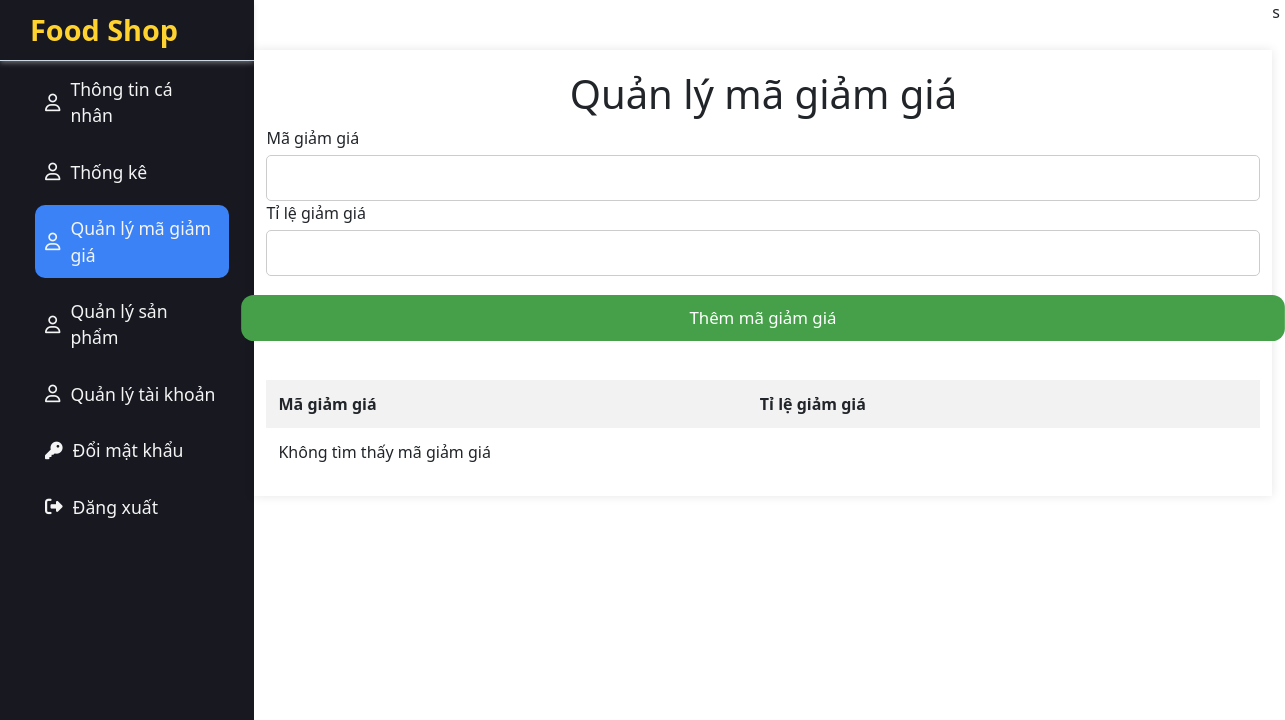
Repository: TuanAnhNguyen723/Restaurant-Projects
Page: http://localhost/discount/discount.php
The author's editor kept a copy of each file at every save. The page is drawn from the files as they stood at one save, then again after the next save.
The browser window is 1280 px wide. The page is 1285 px wide, then 1280 px, so the pictures cover 1285 px, including what lies to the right of the window. The pictures show the whole page.
The pointer rests on the first visible `button`.
The page is run by PHP 8.4 with error messages shown; the project is at /var/www/html/. Queries for data that is not in the repository find no rows.

Above is the page before, as saved 2024-06-18 20:06:19.

### discount/discount.php
<!DOCTYPE html>

<?php
 include 'ConnectDb.php';
 $role = isset($_SESSION['roleAccount']) ? $_SESSION['roleAccount'] : 'guest';
?>

<html lang="en">
  <head>
    <meta charset="UTF-8" />
    <meta name="viewport" content="width=device-width, initial-scale=1.0" />
    <title>Document</title>
    <link rel="stylesheet" href="./discount.css" />
    <link
      href="https://cdn.jsdelivr.net/npm/bootstrap@5.3.3/dist/css/bootstrap.min.css"
      rel="stylesheet"
      integrity="sha384-QWTKZyjpPEjISv5WaRU9OFeRpok6YctnYmDr5pNlyT2bRjXh0JMhjY6hW+ALEwIH"
      crossorigin="anonymous"
    />
    <link
      rel="stylesheet"
      href="https://cdnjs.cloudflare.com/ajax/libs/font-awesome/6.4.2/css/all.min.css"
    />
  </head>
  <body>
    <nav class="dashboard">
      <div class="header">
        <a href="../View/main.php">Food Shop</a>
      </div>

      <div class="menu">
        <a href="../Dashboard/info.php" class="active ">
          <i class="fa-regular fa-user"></i>
          <span>Thông tin cá nhân</span>
        </a>

        <a href="../Thongke/thongke.php" class="active admin-only">
        <i class="fa-regular fa-user"></i>
        <span>Thống kê</span>
      </a>

      <a style="background-color: #3b82f6"  href="../discount/discount.php" class="active admin-only">
          <i class="fa-regular fa-user"></i>
          <span>Quản lý mã giảm giá</span>
        </a>

      <a  href="../quanlysanpham/quanly.php" class="active admin-only">
        <i class="fa-regular fa-user"></i>
        <span>Quản lý sản phẩm</span>
      </a>

      <a href="../quanlytaikhoan/qltk.php" class="active admin-only">
        <i class="fa-regular fa-user"></i>
        <span>Quản lý tài khoản</span>
      </a>

        <a href="../ChangePass/changepass.php" class="active">
          <i class="fa-solid fa-key"></i>
          <span>Đổi mật khẩu</span>
        </a>
        <a href="../index.html" class="active">
          <i class="fa-solid fa-right-from-bracket"></i>
          <span>Đăng xuất</span>
        </a>
      </div>
    </nav>

    <main class="main-dashboard">
    <div class="container">
        <h1>Quản lý mã giảm giá</h1>
        <div class="form-container">
        <form id="couponForm" onsubmit="submitAdd(); return false;">
                <label for="code">Mã giảm giá</label>
                <input type="text" id="Addcode" required>
                <label for="discount">Tỉ lệ giảm giá</label>
                <input type="number" id="Adddiscount" required>
                <button type="submit">Thêm mã giảm giá</button>
        </form>
        </div>
        <div class="table-container">
            <table id="couponTable">
                <thead>
                    <tr>
                        <th>Mã giảm giá</th>
                        <th>Tỉ lệ giảm giá</th>
                    </tr>
                </thead>
                <tbody>
                <?php
                // Kết nối cơ sở dữ liệu không bị đóng trước khi thực hiện truy vấn
                $result = $conn->query("SELECT MaGiam, TiLe FROM discount");

                if ($result->num_rows > 0) {
                    while ($row = $result->fetch_assoc()) {
                        echo "<tr><td>{$row['MaGiam']}</td><td>{$row['TiLe']}%</td></tr>";
                    }
                } else {
                    echo "<tr><td colspan='2'>Không tìm thấy mã giảm giá</td></tr>";
                }
                ?>
                </tbody>
            </table>
        </div>
    </div>

    </main>
  </body>
  <script src="./discount.js">
    // PHP injects the role of the current user
    const userRole = '<?php echo $role; ?>';

    // JavaScript to show/hide elements based on role
    document.addEventListener('DOMContentLoaded', () => {

  if (userRole !== 'admin') {
    console.log(111)
    document.querySelectorAll('.admin-only').forEach(el => el.style.display = 'none');
  }

  if (userRole !== 'user') {
    console.log(111)
    document.querySelectorAll('.user-only').forEach(el => el.style.display = 'none');
  }
});
  </script>
</html>
s

### discount/ConnectDb.php
<?php
session_start();
// Kết nối đến cơ sở dữ liệu
include '../config.php';

if ($_SERVER["REQUEST_METHOD"] == "POST") {
    $Addcode = $_POST['Addcode'];
    $Adddiscount = $_POST['Adddiscount'];

    if (!empty($Addcode) && !empty($Adddiscount)) {
        // Truy vấn để lấy ID lớn nhất hiện tại
        $maxIdResult = $conn->query("SELECT MAX(ID) as maxId FROM discount");
        $maxIdRow = $maxIdResult->fetch_assoc();
        $newId = $maxIdRow['maxId'] + 1;

        // Chèn mã giảm giá mới với ID mới
        $sql = "INSERT INTO discount (ID, MaGiam, TiLe) VALUES ('$newId', '$Addcode', '$Adddiscount')";

        if ($conn->query($sql) === TRUE) {
            echo "Thêm mã giảm giá thành công";
        } else {
            echo "Lỗi khi thêm mã giảm giá: " . $conn->error;
        }
    } else {
        echo "Mã giảm giá và tỉ lệ giảm giá không được để trống.";
    }
}


if ($_SERVER["REQUEST_METHOD"] == "GET" && isset($_GET['id'])) {
    $id = $_GET['id'];
    $sql = "SELECT * FROM discount WHERE ID='$id'";
    $result = $conn->query($sql);

    if ($result->num_rows > 0) {
        $product = $result->fetch_assoc();
        echo json_encode($product);
    } else {
        echo json_encode(['error' => 'Product not found']);
    }
    exit;
}

?>

### config.php
<?php
define('DB_SERVER', 'localhost');
define('DB_USERNAME', 'root');
define('DB_PASSWORD', '');
define('DB_NAME', 'webfooddb');

$conn = mysqli_connect(DB_SERVER, DB_USERNAME, DB_PASSWORD, DB_NAME);



if($conn === false){
    die("ERROR: Could not connect. " . mysqli_connect_error());
}
?>

### discount/discount.css
@import url("https://fonts.googleapis.com/css2?family=Poppins:wght@100;200;300;400;500;600;700;800;900&family=Roboto:ital,wght@0,400;0,700;1,500&family=Rubik:wght@300;400;500;600&display=swap");
:root {
  --primary-color: #fed330;
  --secondary-color: #ff2525;
  --white-color: #ffffff; /* Sửa tên biến thành white-color */
  --light-color: #f4f4f4;
  --grey-color: #979b9d;
  --dark-color: #171820;

  --trans-back-co: background-color 0.3s, color 0.3s;
  --trans-co: color 0.3s;
}
.no-pointer-events {
  pointer-events: none !important;
  color: #979b9d !important;
  cursor: not-allowed !important;
}

html {
  scroll-behavior: smooth;
}

* {
  margin: 0;
  padding: 0;
  text-decoration: none;
}

*,
::before,
::after {
  box-sizing: border-box;
}

body {
  font-family: "Rubik", sans-serif;
  font-size: 16px;
  font-weight: 400;
  line-height: 1.8;
  color: var(--dark-color);
  background-color: var(--white-color);
}

body {
  display: flex;
}

.dashboard {
  width: 20%;
  background-color: var(--dark-color);
  height: 100vh;
}
.main-dashboard {
  width: 80%;
}

.header {
  width: 100%;
  border-bottom: 1px solid #cde1f5;
}

.header a {
  color: var(--primary-color);
  text-decoration: none;
  width: 100%;
  padding: 0 30px;
  display: flex;
  align-items: center;
  height: 60px;
  font-size: 1.8em;
  font-weight: 600;
  box-shadow: 0px 3px 5px 0px rgba(204, 204, 204, 0.4509803922);
}

.menu {
  display: flex;
  flex-direction: column;
  margin-left: 30px;
  width: 80%;
}

.menu a {
  text-decoration: none;
  border-radius: 10px;
  transition: all 0.2s;
  display: flex;
  align-items: center;
  padding: 10px;
  color: #f4f4f4;
  font-size: 1.1em;
  gap: 10px;
  margin: 5px;
}

.menu a:hover {
  transform: translateX(10px);
  transform: translateY(-5px);
  background-color: #3b82f6;
  box-shadow: -4px 4px 0px 0px rgba(4, 142, 255, 0.2);
}

.page {
  background-color: #f4f4f6;
  padding: 30px 5%;
}

.box-dashboard {
  box-sizing: border-box;
  padding: 30px;
  background-color: #f4f4f4;
  box-shadow: 0px 3px 5px 0px rgba(204, 204, 204, 0.4509803922);
  border-radius: 5px;
}

.dashboard-title {
  width: 100%;
  padding: 0 30px;

  display: flex;
  align-items: center;
  height: 60px;
  font-size: 1.8em;
  font-weight: 600;
  box-shadow: 0px 3px 5px 0px rgba(204, 204, 204, 0.4509803922);
  background-color: #fff;
}

.text-red {
  color: #ef4444;
}

.container {
  max-width: 600px;
  margin: 50px auto;
  padding: 20px;
  background-color: #fff;
  box-shadow: 0 0 10px rgba(0, 0, 0, 0.1);
}

h1 {
  text-align: center;
  margin-bottom: 20px;
}

.form-container {
  margin-bottom: 20px;
}

form {
  display: flex;
  flex-direction: column;
}

label {
  margin-bottom: 5px;
}

input {
  margin-bottom: 10px;
  padding: 10px;
  font-size: 16px;
  border: 1px solid #ccc;
  border-radius: 5px;
}

button {
  background-color: #4CAF50;
  color: white;
  border: none;
  padding: 10px 20px;
  text-align: center;
  text-decoration: none;
  display: inline-block;
  font-size: 14px;
  margin: 4px 2px;
  cursor: pointer;
  border-radius: 12px !important;
  transition: background-color 0.3s, transform 0.2s;
  margin-top: 20px !important;
}

button:hover {
  background-color: #45a049; /* Màu nền khi di chuột */
  transform: scale(1.05); /* Hiệu ứng phóng to khi di chuột */
}

.table-container {
  overflow-x: auto;
}

table {
  width: 100%;
  border-collapse: collapse;
  margin-top: 20px;
}

th,
td {
  padding: 12px;
  border: 1px solid #ddd;
  text-align: left;
}

th {
  background-color: #f2f2f2;
}

### discount/discount.js
function submitAdd() {
  var Addcode = document.getElementById("Addcode").value;
  var Adddiscount = document.getElementById("Adddiscount").value;

  var xhr = new XMLHttpRequest();
  xhr.open("POST", "ConnectDb.php", true);
  xhr.setRequestHeader("Content-Type", "application/x-www-form-urlencoded");

  xhr.onreadystatechange = function () {
    if (xhr.readyState === 4 && xhr.status === 200) {
      alert(xhr.responseText);

      location.reload();
      // Có thể thêm logic để cập nhật giao diện sau khi thêm mã giảm giá thành công
    }
  };

  var data =
    "Addcode=" +
    encodeURIComponent(Addcode) +
    "&Adddiscount=" +
    encodeURIComponent(Adddiscount);
  xhr.send(data);
}

After the next save:
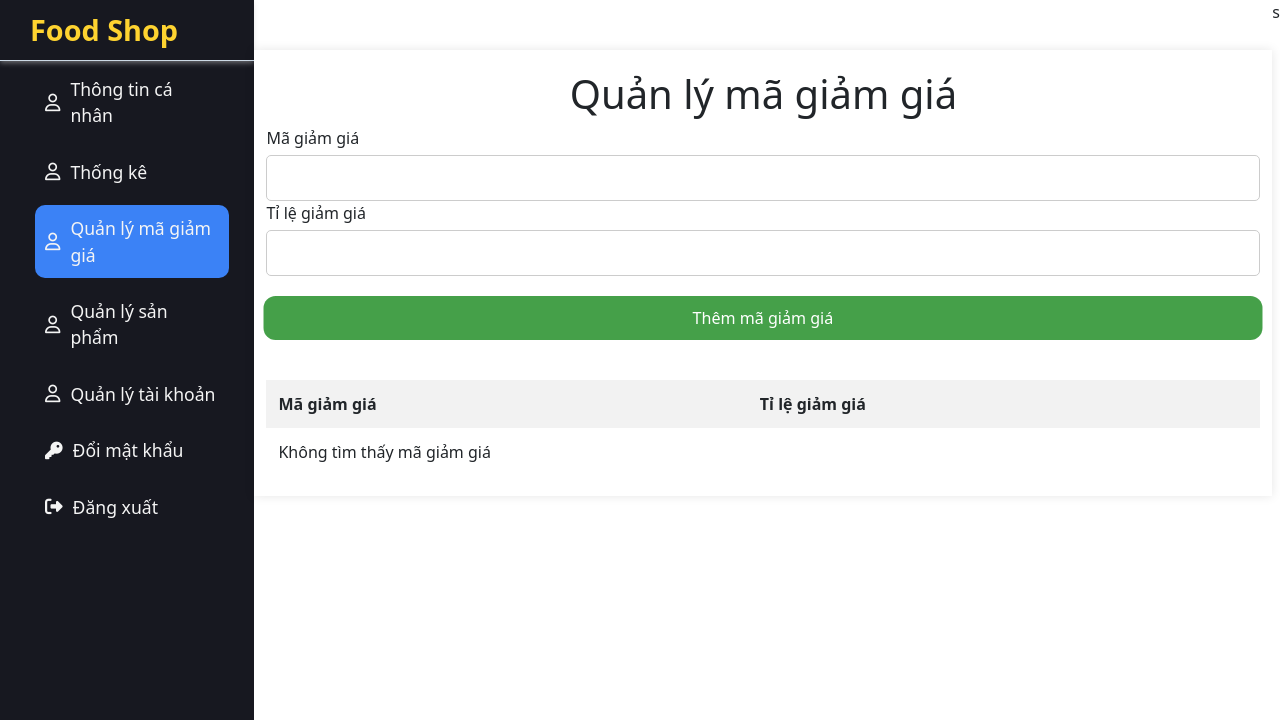
Saved 8 s later.
--- a/discount/discount.css
+++ b/discount/discount.css
@@ -181,7 +181,7 @@ button {
 
 button:hover {
   background-color: #45a049; /* Màu nền khi di chuột */
-  transform: scale(1.05); /* Hiệu ứng phóng to khi di chuột */
+  transform: scale(1.005); /* Hiệu ứng phóng to khi di chuột */
 }
 
 .table-container {
